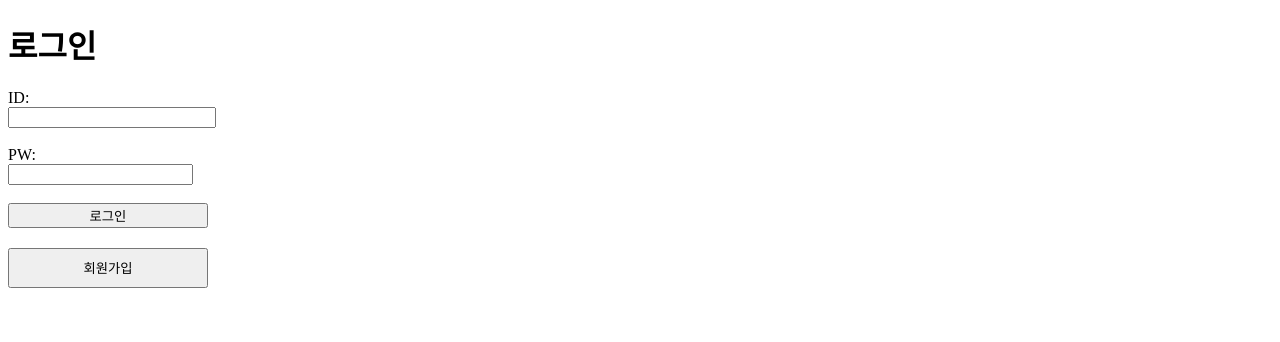
Repository: euniiee/test11
Page: http://localhost/Project/Login.jsp
These files come from the project's save history. The page is drawn as it stood at one moment and after the next save; the edit follows.
The browser window is 1280 px wide. The pictures show the whole page.
The page is served by Tomcat 9.

Above is the page before, as saved 2023-02-01 01:16:58.

After the next save:
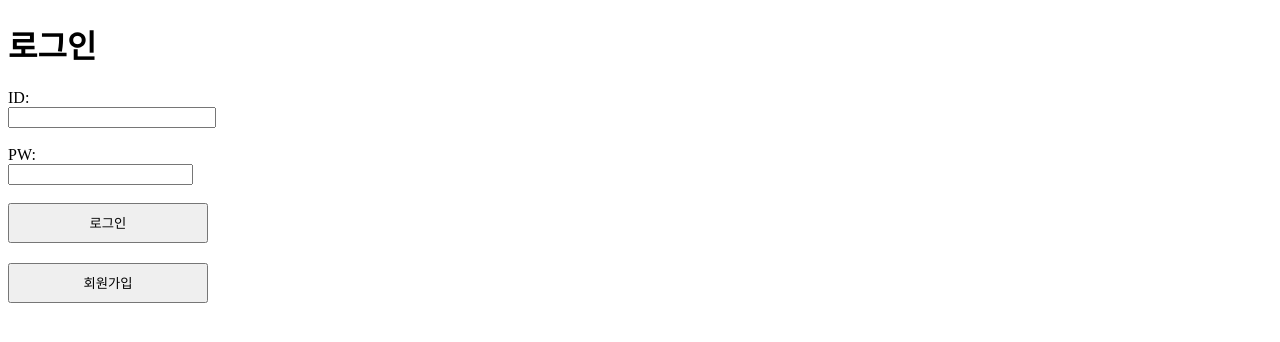
Saved 11 s later.
--- a/Project/WebContent/Login.jsp
+++ b/Project/WebContent/Login.jsp
@@ -15,7 +15,7 @@
 		<h1>로그인</h1>
 		<div>ID: <input style="width:100%"type="text" class="id" name="id"  required></div><br/>
 		<div style="width:100%">PW: <input type="password" class="pw" name="pw" required></div><br/>
-		<input type="submit" value="로그인" style="width:100%; margin-bottom:20px"><br>
+		<input type="submit" value="로그인" style="width:100%;  height:40px; margin-bottom:20px"><br>
 		<input type="submit" value="회원가입" style="width:100%; height:40px "><br>
 	</form>
 </body>
